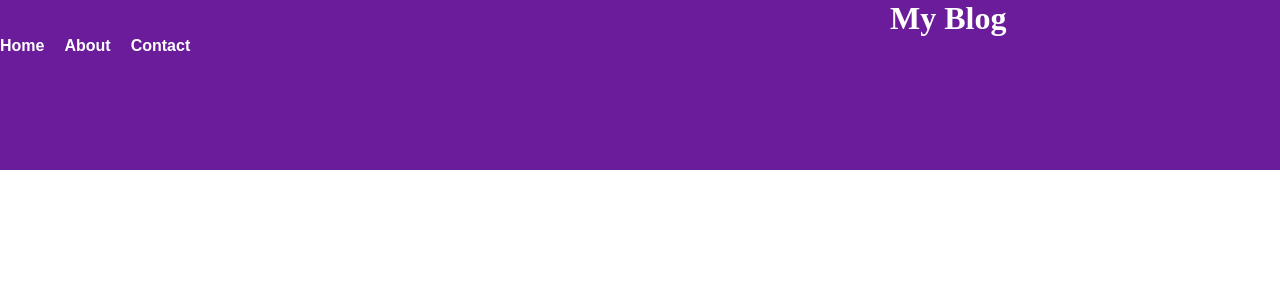
Repository: Femi007-gh/BLOG
Page: index.html
The author's editor kept a copy of each file at every save. The page is drawn from the files as they stood at one save, then again after the next save.
The browser window is 1280 px wide. The pictures show the whole page.

Above is the page before, as saved 2025-01-08 07:04:48.

After the next save:
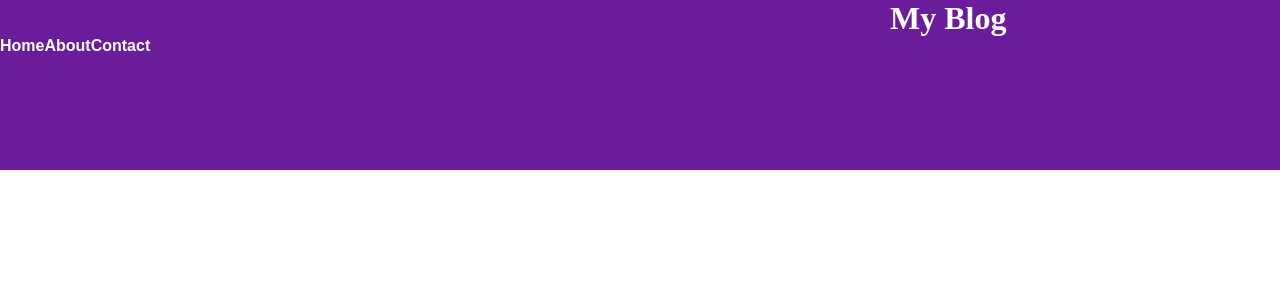
Saved 15 s later.
--- a/style.css
+++ b/style.css
@@ -25,9 +25,6 @@ nav ul {
   display:  flex;
 }
 
-nav ul li {
-  margin-right: 20px;
-}
 
 nav ul li a {
   color: white;
